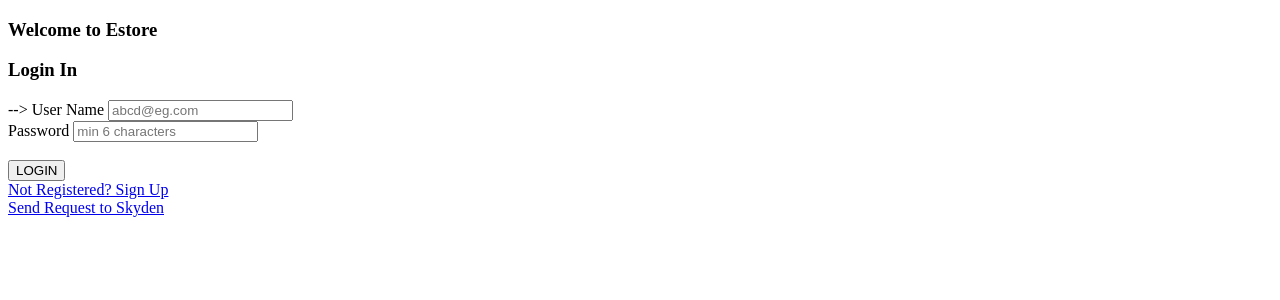
Repository: harshithkandula/Myfirstpractice
Page: Estore/src/main/webapp/index.html
The author's editor kept a copy of each file at every save. The page is drawn from the files as they stood at one save, then again after the next save.
The browser window is 1280 px wide. The pictures show the whole page.

Above is the page before, as saved 2024-02-06 12:08:54.

After the next save:
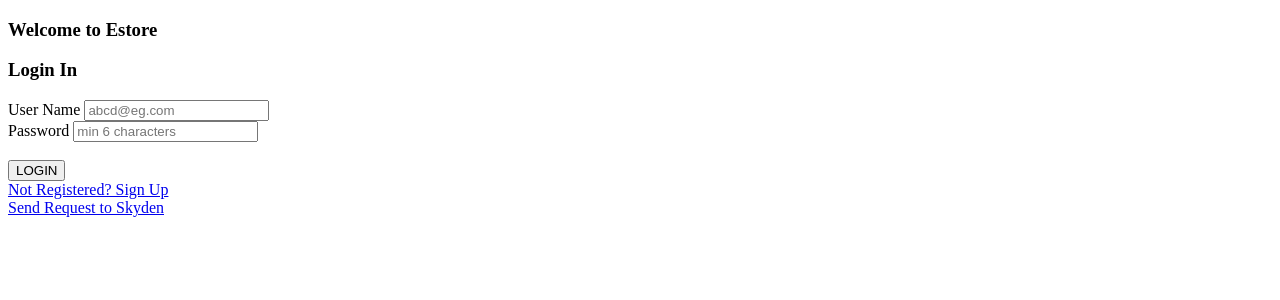
Saved 3 min 34 s later.
--- a/Estore/src/main/webapp/index.html
+++ b/Estore/src/main/webapp/index.html
@@ -8,7 +8,7 @@
      <div>
             <h3>Welcome to Estore</h3>
             <h3>Login In</h3>
-            <!--  --><form action="fctr" method="post" >-->
+            <!--  --><form action="fctr" method="post" -->
             <form action="login" method="post">
                 <label>User Name</label>
                 <input type="text" name="txtemail" placeholder="abcd@eg.com"/><br>
